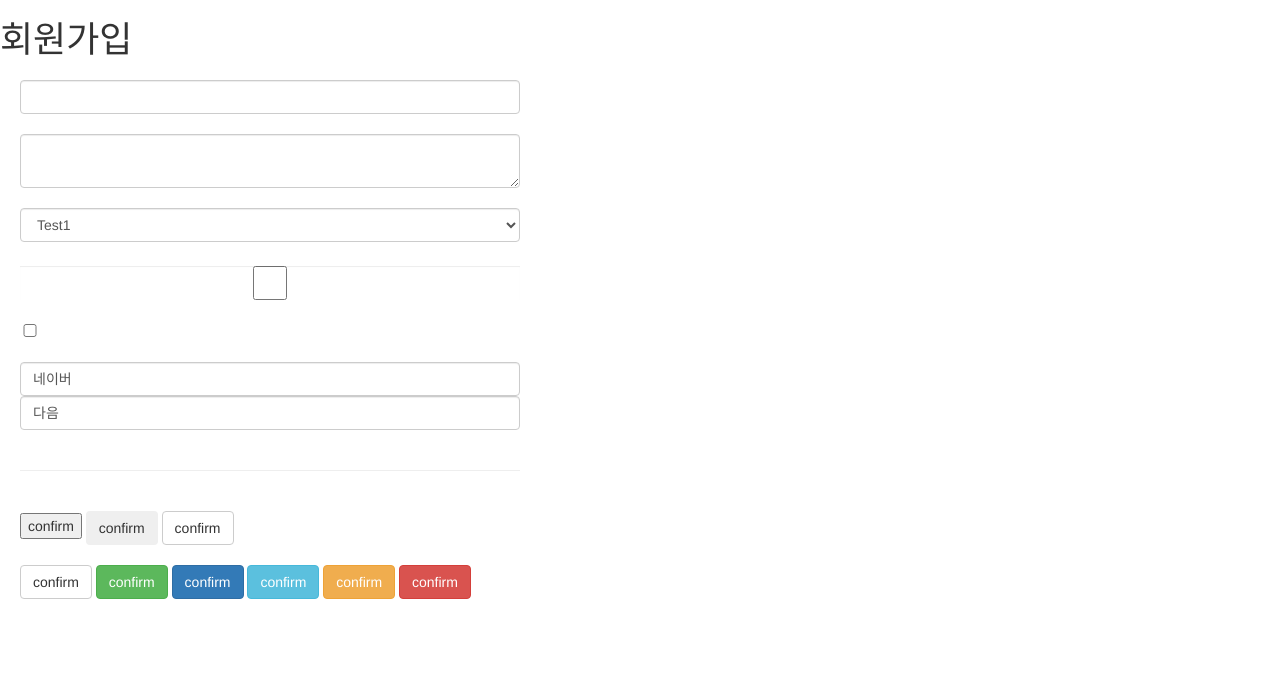
Repository: yhj4130/BootstrapStudy
Page: BootstrapWork/WebContent/BootEx03.html
An editor plug-in stored every save of this project. The page is shown before and after the next save, followed by the edit.
The browser window is 1280 px wide. The pictures show the whole page.

Above is the page before, as saved 2019-06-12 02:19:28.

After the next save:
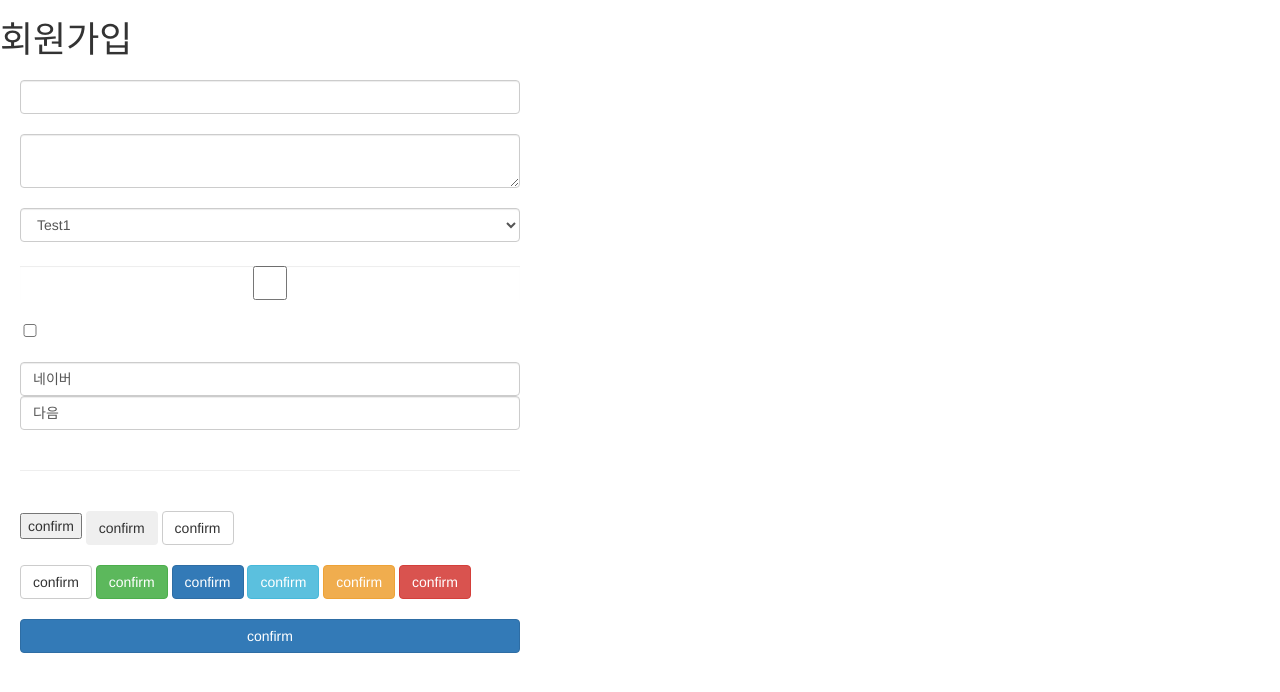
Saved 76 s later.
--- a/BootstrapWork/WebContent/BootEx03.html
+++ b/BootstrapWork/WebContent/BootEx03.html
@@ -52,6 +52,9 @@
 	<input type="button" value="confirm" class="btn btn-warning">
 	<input type="button" value="confirm" class="btn btn-danger">
 	<br><br>
+
+	<input type="button" value="confirm" class="btn btn-primary btn-block">
+
 </form>
 
 </body>
